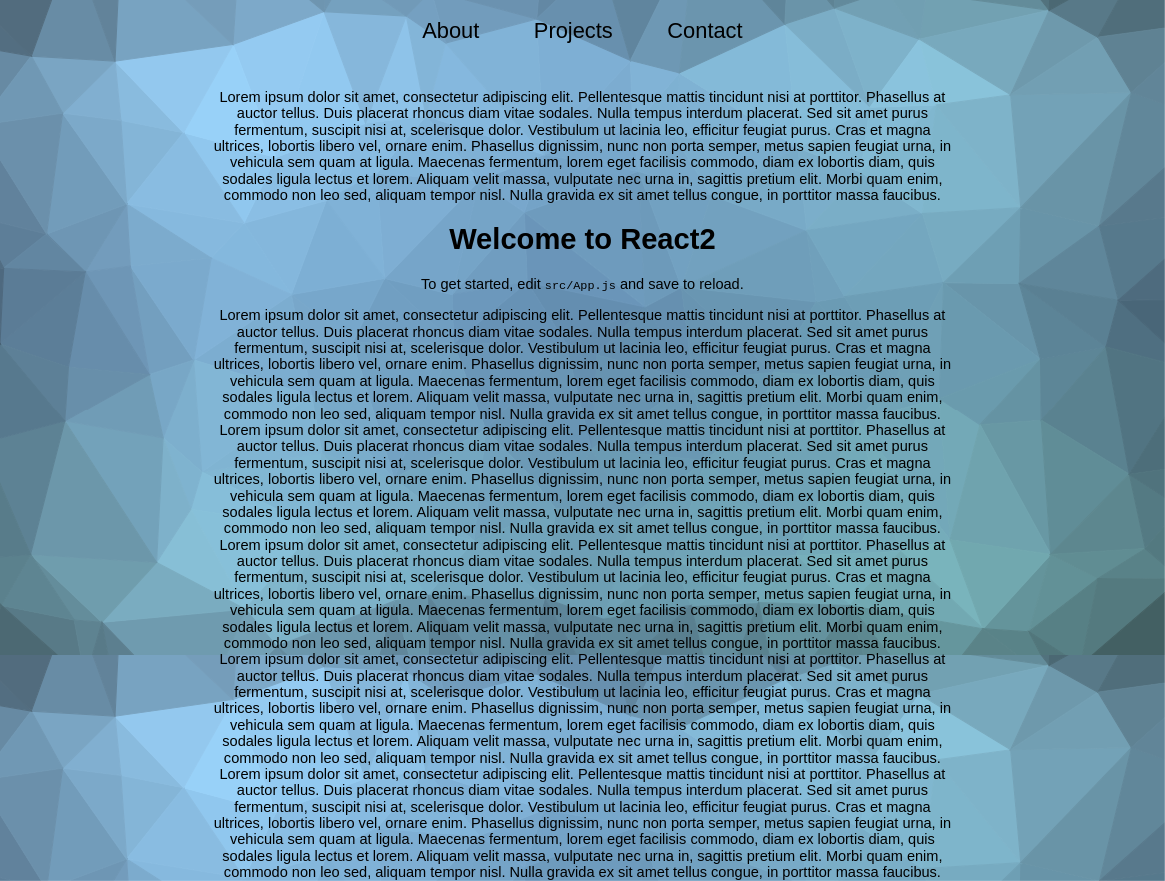
Repository: jordanCain/Education
Page: /
These files come from the project's save history. The page is drawn as it stood at one moment and after the next save; the edit follows.
The browser window is 1280 px wide. The pictures show the whole page, at 91% of full size.
Backgrounds fixed to the window are drawn as part of the page. The project was rebuilt for these pictures with package versions that can differ from the ones it lists, and the page was loaded fresh each time.

Above is the page before, as saved 2018-07-16 22:06:13.

After the next save:
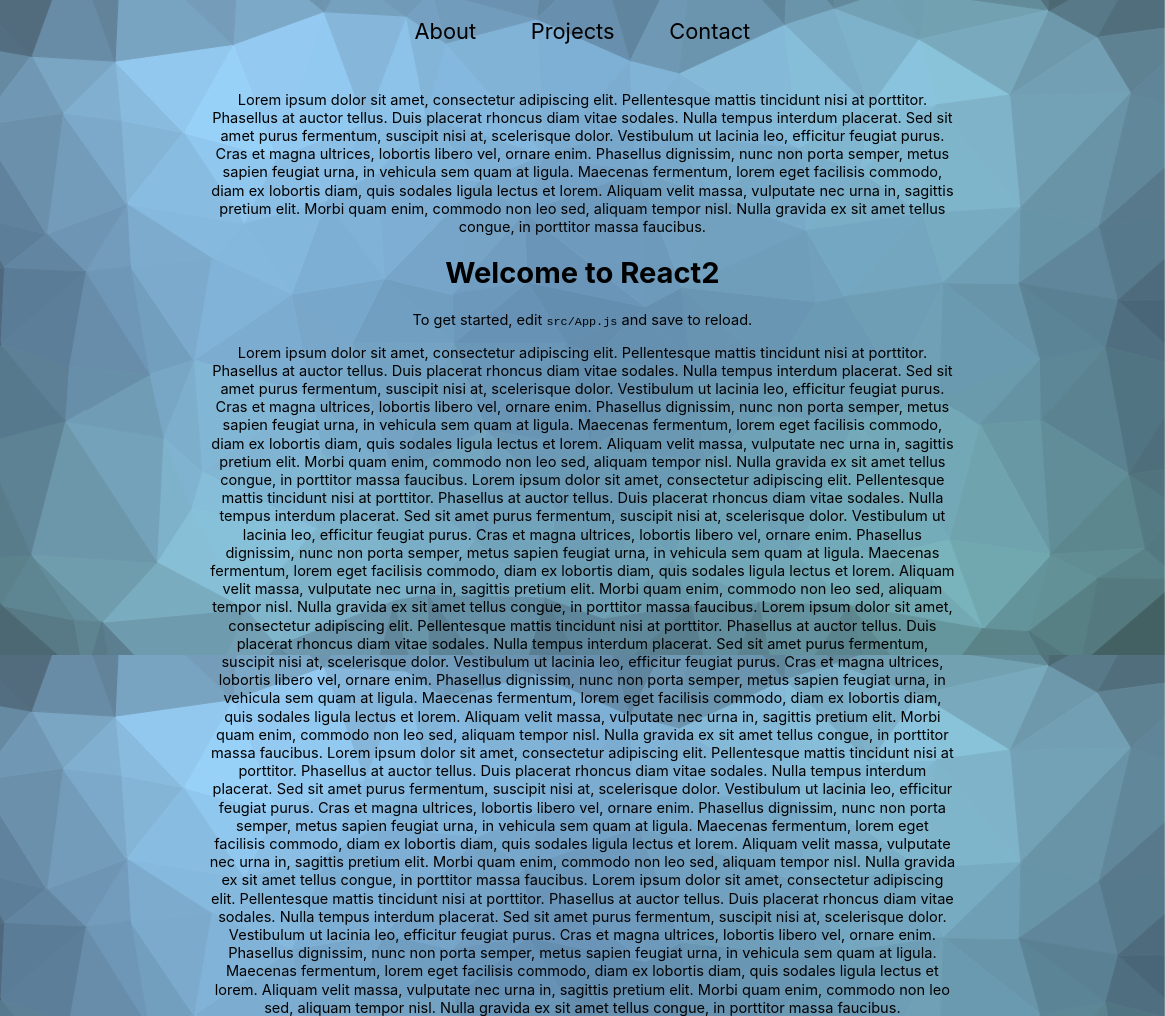
Saved 2 min 19 s later.
--- a/src/style.css
+++ b/src/style.css
@@ -1,7 +1,7 @@
 body {
   margin: 0;
   padding: 0;
-  font-family: sans-serif;
+  font-family: -apple-system, BlinkMacSystemFont, 'Segoe UI', Roboto, Oxygen, Ubuntu, Cantarell, 'Open Sans', 'Helvetica Neue', sans-serif;
   background: url(./images/background.svg) no-repeat center center fixed;
   background-size: cover;
   text-align: center;
